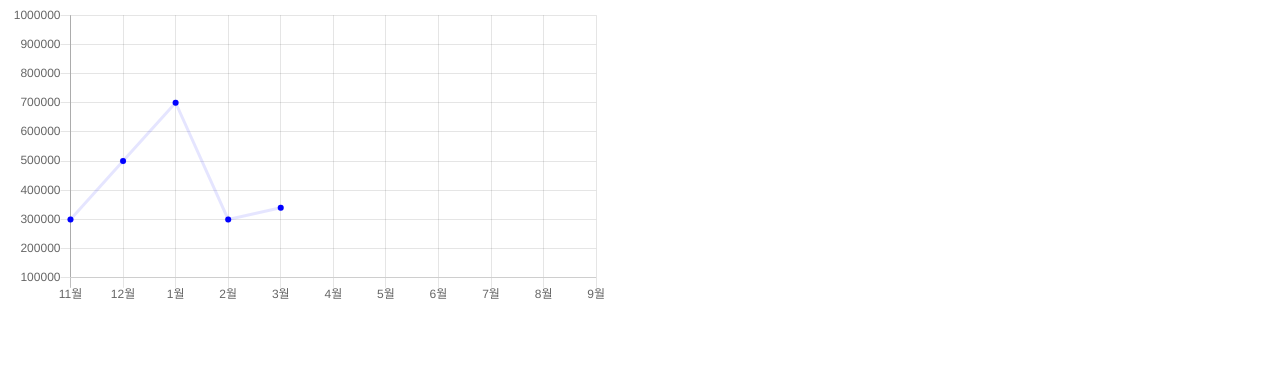
Repository: Hugh-KR/AccountBook
Page: http://localhost/Account_Book/NewFile.jsp
The author's editor kept a copy of each file at every save. The page is drawn from the files as they stood at one save, then again after the next save.
The browser window is 1280 px wide. The pictures show the whole page.
The page is served by Tomcat 9. Nobody is signed in. The application's start-up code is not run. Other server files are loaded and not shown.

Above is the page before, as saved 2022-12-01 06:55:10.

### Account_Book/src/main/webapp/NewFile.jsp
<%@ page language="java" contentType="text/html; charset=UTF-8"
    pageEncoding="UTF-8"%>
<!DOCTYPE html>
<html>
<head>
<meta charset="UTF-8">
<title>Insert title here</title>
<script src="https://cdnjs.cloudflare.com/ajax/libs/Chart.js/2.9.4/Chart.js"></script>
</head>
<body>
<canvas id="myChart" style="width:100%;max-width:600px"></canvas>

<script>
var xValues = [11+"월",12+"월",1+"월",2+"월",3+"월",4+"월",5+"월",6+"월",7+"월",8+"월",9+"월"];
var yValues = [300000,500000,700000,300000,340000];

new Chart("myChart", {
  type: "line",
  data: {
    labels: xValues,
    datasets: [{
      fill: false,
      lineTension: 0,
      backgroundColor: "rgba(0,0,255,1.0)",
      borderColor: "rgba(0,0,255,0.1)",
      data: yValues
    }]
  },
  options: {
    legend: {display: false},
    scales: {
      yAxes: [{ticks: {min: 100000, max:1000000}}],
    }
  }
});
</script>

</body>
</html>

After the next save:
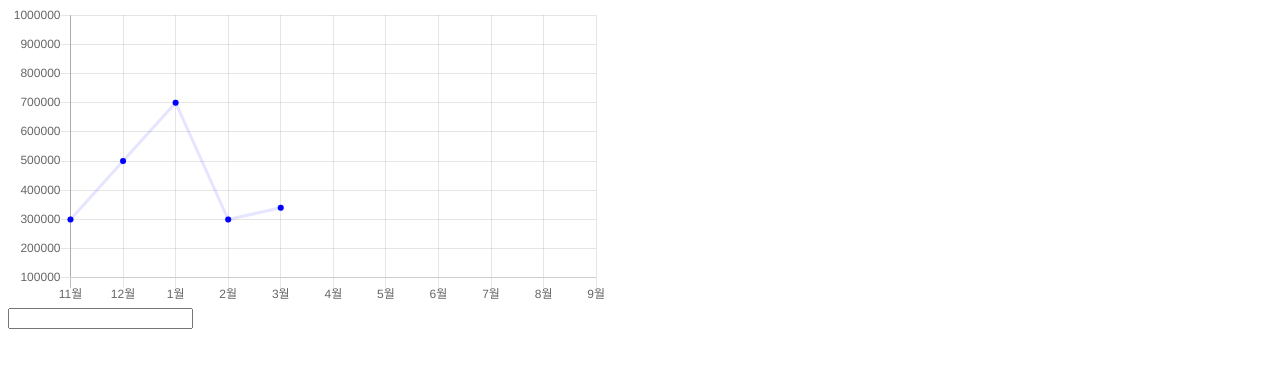
Saved 3 min 8 s later.
--- a/Account_Book/src/main/webapp/NewFile.jsp
+++ b/Account_Book/src/main/webapp/NewFile.jsp
@@ -6,6 +6,9 @@
 <meta charset="UTF-8">
 <title>Insert title here</title>
 <script src="https://cdnjs.cloudflare.com/ajax/libs/Chart.js/2.9.4/Chart.js"></script>
+<script type="text/javascript">
+
+</script>
 </head>
 <body>
 <canvas id="myChart" style="width:100%;max-width:600px"></canvas>
@@ -33,7 +36,9 @@
     }
   }
 });
+
+
 </script>
-
+<input name="month" value="">
 </body>
 </html>
